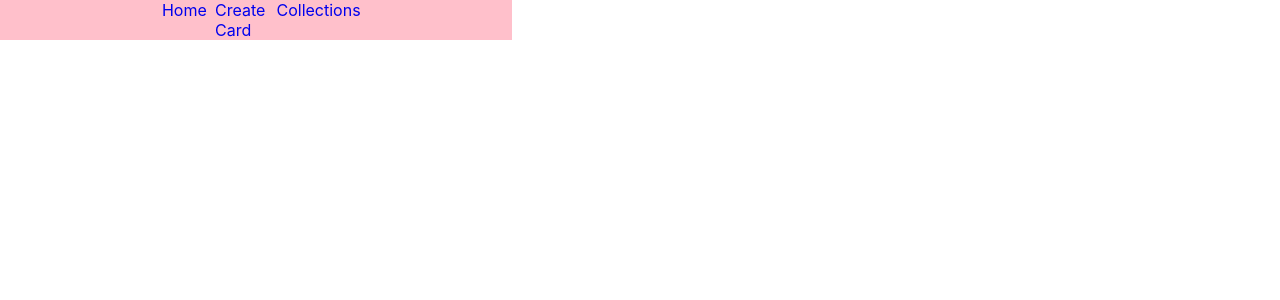
Repository: MikeTroianello/phos-react
Page: /
The author's editor kept a copy of each file at every save. The page is drawn from the files as they stood at one save, then again after the next save.
The browser window is 1280 px wide. The pictures show the whole page.
The project was rebuilt for these pictures with package versions that can differ from the ones it lists, and the page was loaded fresh each time. A package was used in the major version that the imports need, not the one package.json lists. Also part of the build but not shown: src/App.css, src/components/card/Card.js.

Above is the page before, as saved 2020-06-02 16:36:23.

After the next save:
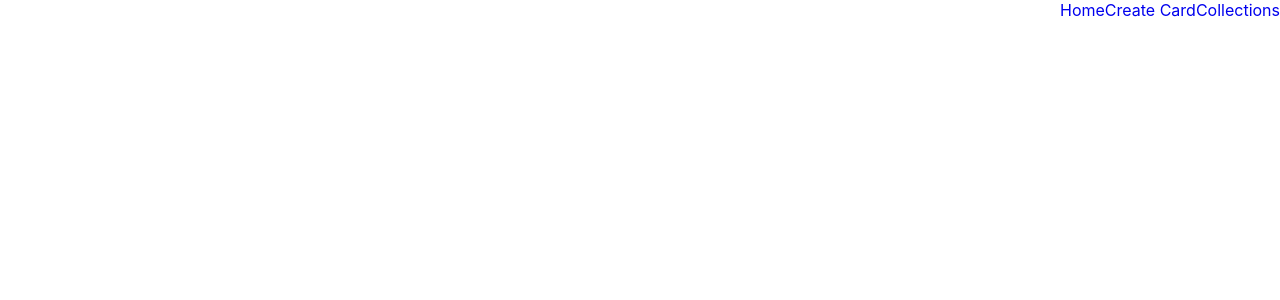
Saved 6 s later.
--- a/src/components/navbar/navbar.css
+++ b/src/components/navbar/navbar.css
@@ -4,12 +4,12 @@
   justify-content: flex-end;
 }
 
-div > div {
+/* div > div {
   width: 40%;
   display: flex;
   justify-content: space-around;
   background-color: pink;
-}
+} */
 
 /* .link {
   margin: 3% 30%;

After the save that followed:
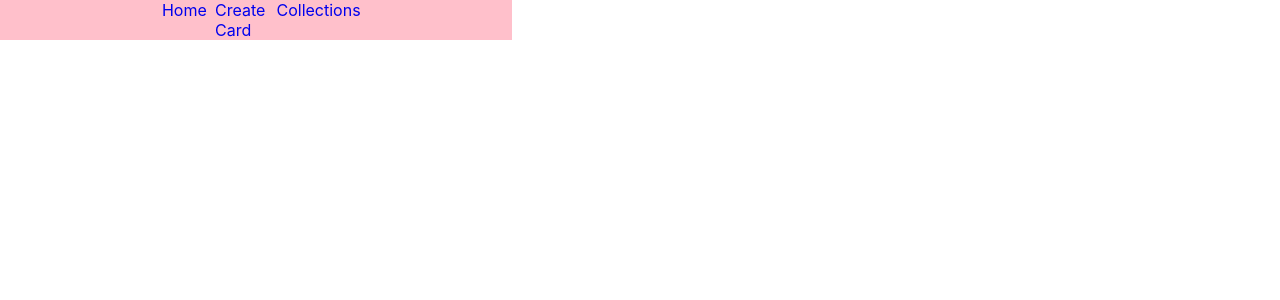
Saved 15 s later.
--- a/src/components/navbar/navbar.css
+++ b/src/components/navbar/navbar.css
@@ -4,12 +4,12 @@
   justify-content: flex-end;
 }
 
-/* div > div {
+div > div {
   width: 40%;
   display: flex;
   justify-content: space-around;
   background-color: pink;
-} */
+}
 
 /* .link {
   margin: 3% 30%;
